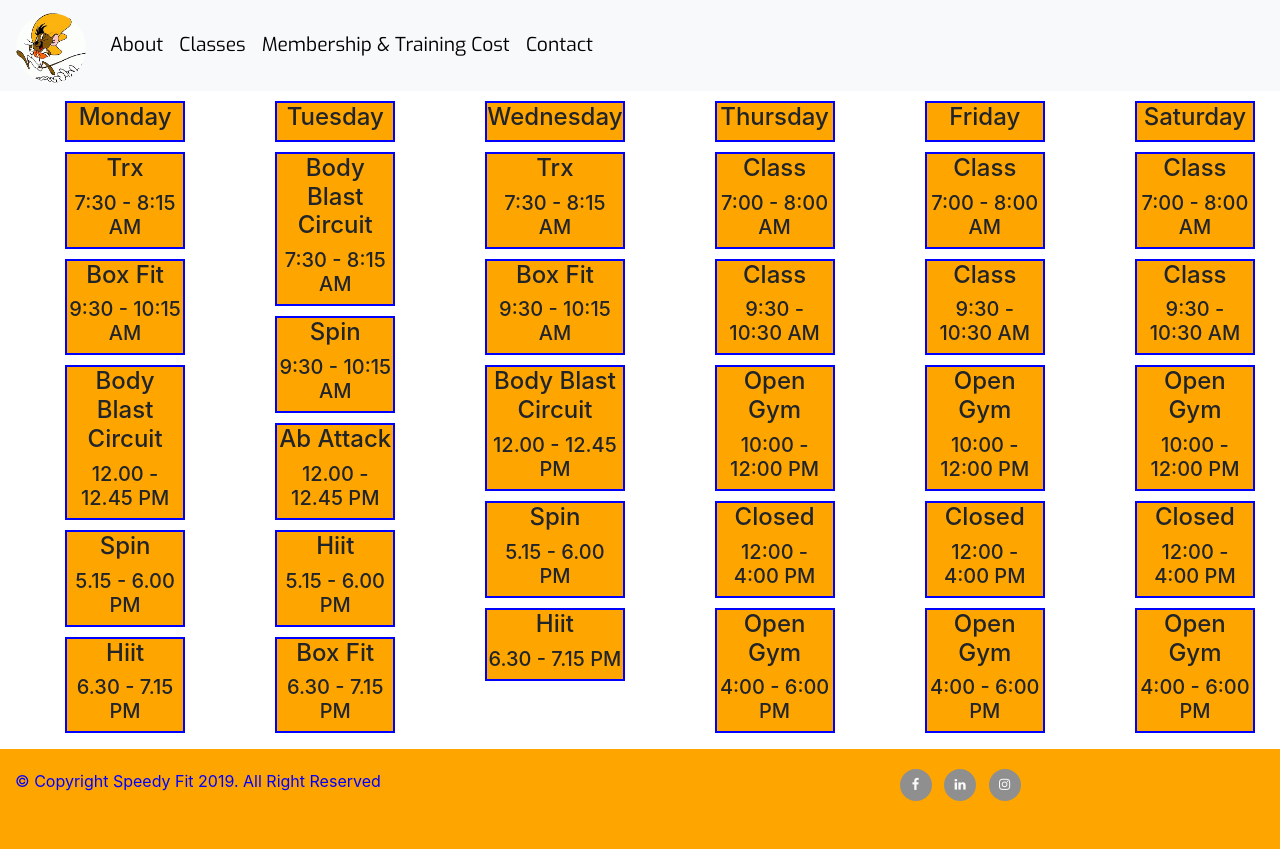
Repository: marcomoreschi/Milestrone-project
Page: classes.html
The author's editor kept a record of every edit. The page is drawn from the files as they stood at one moment, then again after the next edit.
The browser window is 1280 px wide. The pictures show the whole page.
Some web libraries are served in a nearby version.

Above is the page before.

After the next edit:
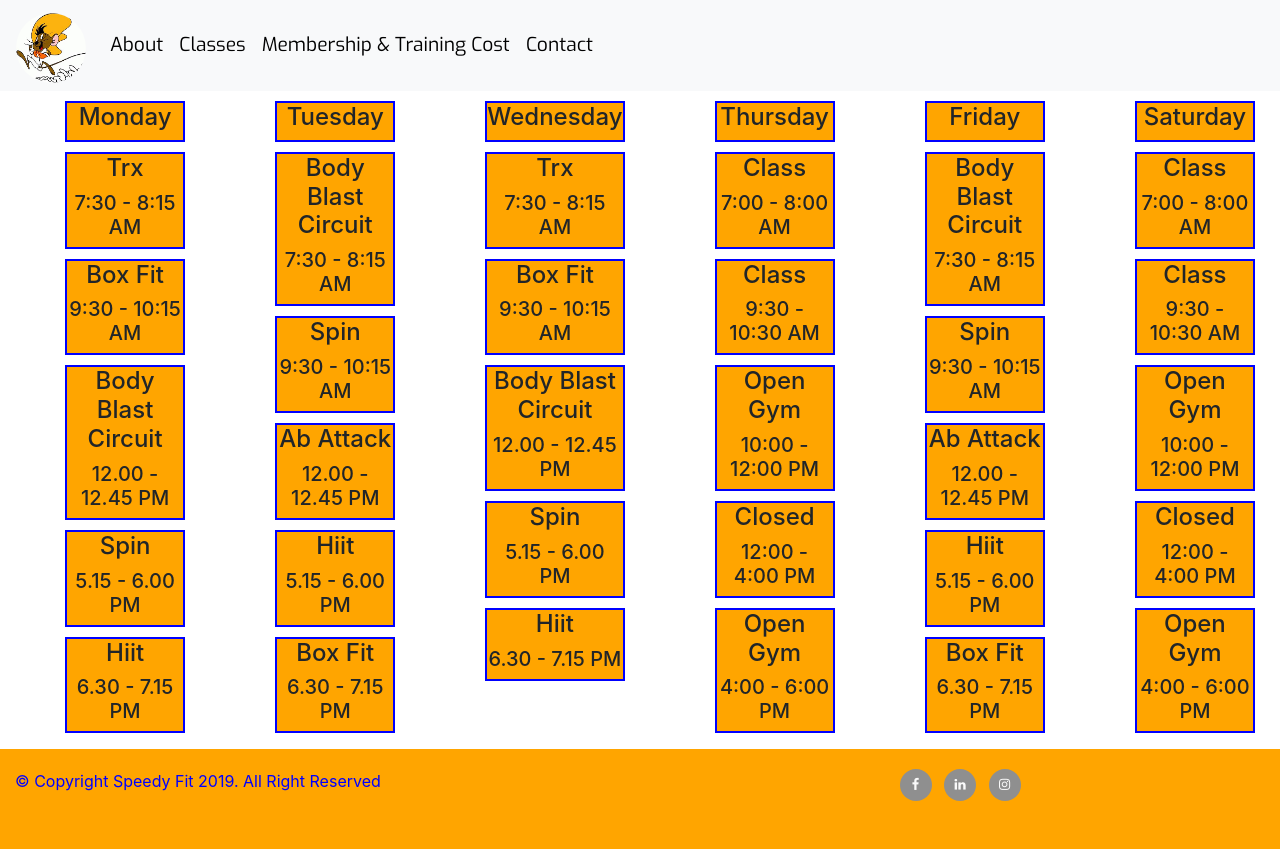
The edit:
--- a/classes.html
+++ b/classes.html
@@ -161,24 +161,24 @@
                     <h4>Friday</h4>
                 </li>
                 <li class="class-time">
-                    <h4>Class</h4>
-                    <h5>7:00 - 8:00 AM</h5>
-                </li>
-                <li class="class-time">
-                    <h4>Class</h4>
-                    <h5>9:30 - 10:30 AM</h5>
-                </li>
-                <li class="class-time">
-                    <h4>Open Gym</h4>
-                    <h5>10:00 - 12:00 PM</h5>
-                </li>
-                <li class="class-time">
-                    <h4>Closed</h4>
-                    <h5>12:00 - 4:00 PM</h5>
-                </li>
-                <li class="class-time">
-                    <h4>Open Gym</h4>
-                    <h5>4:00 - 6:00 PM</h5>
+                    <h4>Body Blast Circuit</h4>
+                    <h5>7:30 - 8:15 AM</h5>
+                </li>
+                <li class="class-time">
+                    <h4>Spin</h4>
+                    <h5>9:30 - 10:15 AM</h5>
+                </li>
+                <li class="class-time">
+                    <h4>Ab Attack</h4>
+                    <h5>12.00 - 12.45 PM</h5>
+                </li>
+                <li class="class-time">
+                    <h4>Hiit</h4>
+                    <h5>5.15 - 6.00 PM</h5>
+                </li>
+                <li class="class-time">
+                    <h4>Box Fit</h4>
+                    <h5>6.30 - 7.15 PM</h5>
                 </li>
             </div>
 
